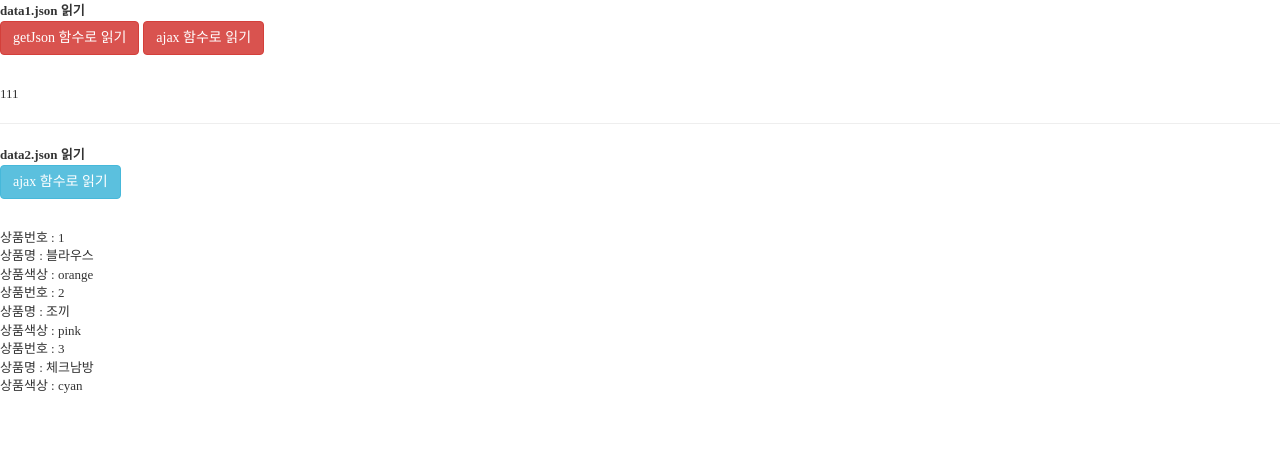
Repository: Juheekim1207/Javawork
Page: WebProjectEx1/src/main/webapp/day0419/Ex1ReadJson.html
An editor plug-in stored every save of this project. The page is shown before and after the next save, followed by the edit.
The browser window is 1280 px wide. The pictures show the whole page.
After loading, the first visible `#btn3` was clicked once.
Some web fonts or font styles are not loaded; a fallback is used.

Above is the page before, as saved 2022-04-19 05:12:32.

After the next save:
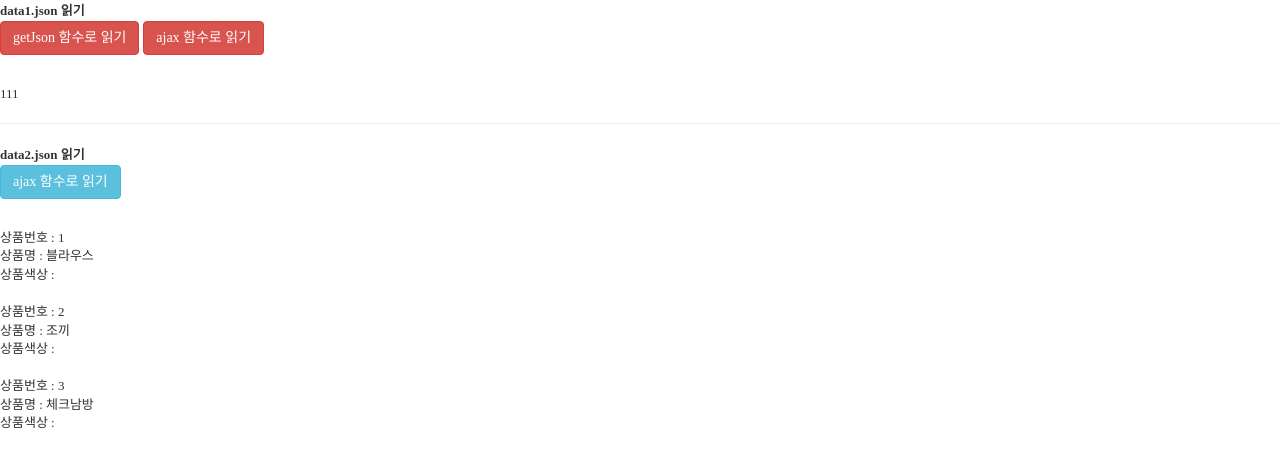
Saved 65 s later.
--- a/WebProjectEx1/src/main/webapp/day0419/Ex1ReadJson.html
+++ b/WebProjectEx1/src/main/webapp/day0419/Ex1ReadJson.html
@@ -48,7 +48,7 @@
 						s += "<div class='shop'>";
 						s += "상품번호 : " + (i+1) + "<br>";
 						s += "상품명 : " + elt.sangpum + "<br>";
-						s += "상품색상 : " + elt.color + "<br>";
+						s += "상품색상 : <div style='background-color:'" + elt.color + "'><br>";
 						s += "</div>";
 
 						$("#out2").html(s);
